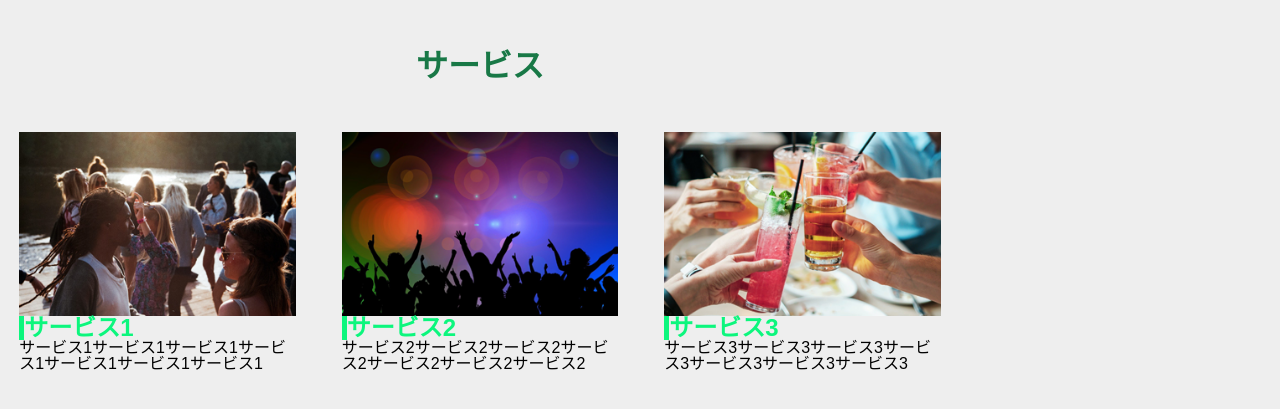
Repository: sonoyama01/dezasuta
Page: 第３回課題/work2/index.html
These files come from the project's save history. The page is drawn as it stood at one moment and after the next save; the edit follows.
The browser window is 1280 px wide. The pictures show the whole page.

Above is the page before, as saved 2024-04-27 23:16:44.

### 第３回課題/work2/index.html
<!DOCTYPE html>
<html lang="ja">

<head>
    <meta charset="UTF-8">
    <meta name="viewport" content="width=device-width, initial-scale=1.0">
    <title>第3回課題work2</title>
    <link rel="stylesheet" href="./css/reset.css">
    <link rel="stylesheet" href="./css/style.css">
</head>

<body>
    <h1>サービス</h1>
    <div class="box">
        <div>
            <img src="./images/main_1.jpg" alt="">
            <h2>サービス1</h2>
            <p>サービス1サービス1サービス1サービス1サービス1サービス1サービス1</p>
        </div>

        <div>
            <img src="./images/main_2.png" alt="">
            <h2>サービス2</h2>
            <p>サービス2サービス2サービス2サービス2サービス2サービス2サービス2</p>
        </div>

        <div>
            <img src="./images/main_3.png" alt="">
            <h2>サービス3</h2>
            <p>サービス3サービス3サービス3サービス3サービス3サービス3サービス3</p>
        </div>
    </div>

</body>

</html>

### 第３回課題/work2/css/reset.css
@charset "utf-8";

/* cssリセット */

/*利用するタグによってこちらの内容は増やす*/

html,
body,
h1,
h2,
h3,
p,
dl,
dt,
dd,
ul,
li {
  margin: 0;
  padding: 0;
  line-height: 1;
  /*デフォルトの文字色、font-familyを予め当てておく*/
  color: #000;
  font-family: "游ゴシック体", YuGothic, "游ゴシック", "Yu Gothic", "メイリオ",
    "Hiragino Kaku Gothic ProN", "Hiragino Sans", sans-serif;
}

a {
  /*下線を消す*/
  text-decoration: none;
  /*色を消す*/
  color: inherit;
}

ul {
  /*左の「・」を消す*/
  list-style: none;
}

img {
  max-width: 100%;
  vertical-align: bottom;
  border: none;
}

### 第３回課題/work2/css/style.css
@charset "utf-8";

body {
  width: 960px;
  background-color: #eeeeee;
}
h1 {
  text-align: center;
  color: rgb(24, 120, 70);
  margin: 50px auto;
}

h2 {
  color: rgb(12, 246, 125);
  border-left: 5px solid rgb(12, 246, 125);
}

.box {
  display: flex;
  justify-content: space-between;
  padding: 0 2%;
}
.box div {
  width: 30%;
}

After the next save:
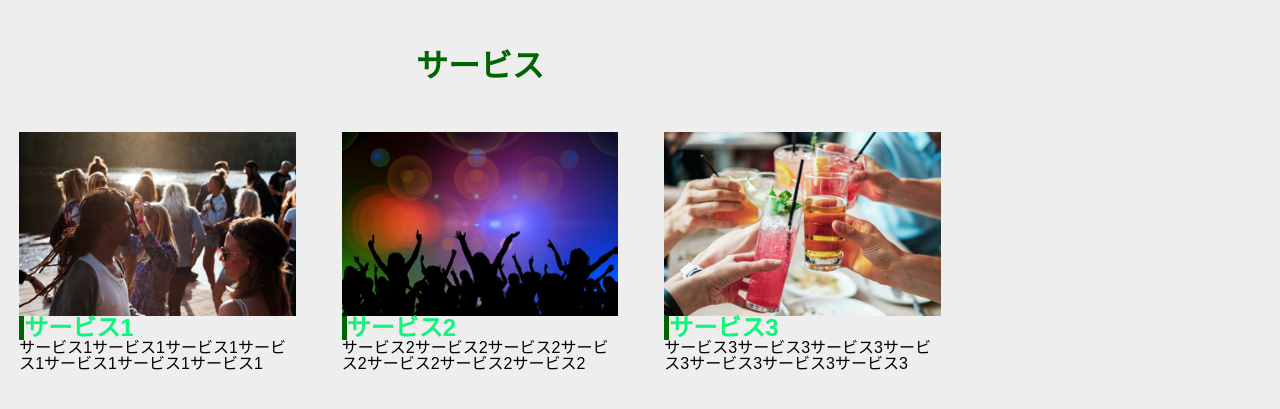
Saved 104 s later.
--- a/第３回課題/work2/css/style.css
+++ b/第３回課題/work2/css/style.css
@@ -6,13 +6,13 @@ body {
 }
 h1 {
   text-align: center;
-  color: rgb(24, 120, 70);
+  color: #006400;
   margin: 50px auto;
 }
 
 h2 {
   color: rgb(12, 246, 125);
-  border-left: 5px solid rgb(12, 246, 125);
+  border-left: 5px solid #006400;
 }
 
 .box {
